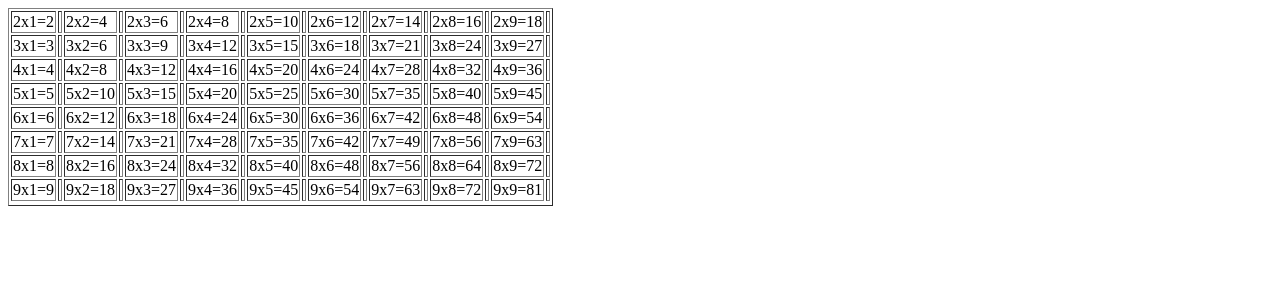
Repository: tldnwkd/jspclass2026
Page: http://localhost/chapter01/test02.jsp
The author's editor kept a copy of each file at every save. The page is drawn from the files as they stood at one save, then again after the next save.
The browser window is 1280 px wide. The pictures show the whole page.
The page is served by Tomcat 9.

Above is the page before, as saved 2026-10-16 04:11:13.

### chapter01/src/main/webapp/test02.jsp
<%@ page language="java" contentType="text/html; charset=UTF-8"
    pageEncoding="UTF-8" import="java.util.*"%>
<!DOCTYPE html>
<html>
<head>
<meta charset="UTF-8">
<title>Insert title here</title>
</head>
<body>
<!-- 구구단 2단~ 9단까지 모두 출력할 것 -->
<table border="1">
<%for(int i=2; i<10; i++) {%>
	<tr>
	<%for(int j=1; j<10; j++){%>
	<td><%=i%>x<%=j%>=<%=i*j%><td/><br/>
	<%}%>
<%}%><tr/>
</table>
</body>
</html>

After the next save:
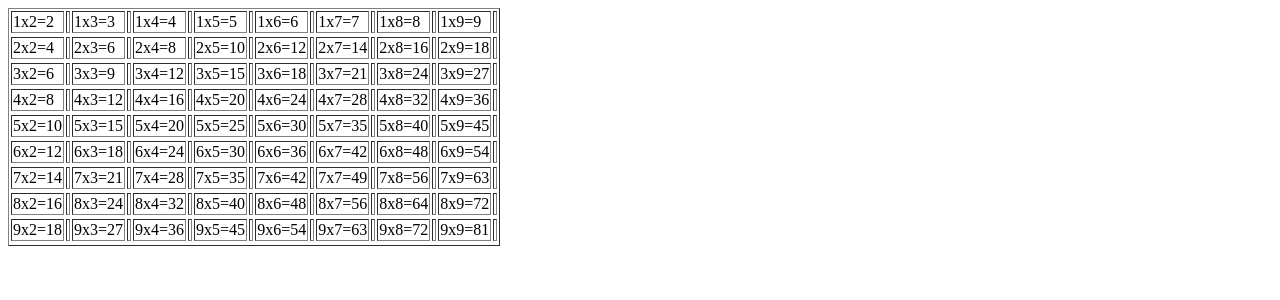
Saved 2 min 36 s later.
--- a/chapter01/src/main/webapp/test02.jsp
+++ b/chapter01/src/main/webapp/test02.jsp
@@ -9,12 +9,15 @@
 <body>
 <!-- 구구단 2단~ 9단까지 모두 출력할 것 -->
 <table border="1">
-<%for(int i=2; i<10; i++) {%>
+<%for(int i=1; i<10; i++) {%>
 	<tr>
-	<%for(int j=1; j<10; j++){%>
-	<td><%=i%>x<%=j%>=<%=i*j%><td/><br/>
+	<%for(int j=2; j<10; j++){%>
+	<td><%=i%>x<%=j%>=<%=i*j%><td/>
 	<%}%>
-<%}%><tr/>
+	<tr/>
+<%}%>
 </table>
+
+
 </body>
 </html>
